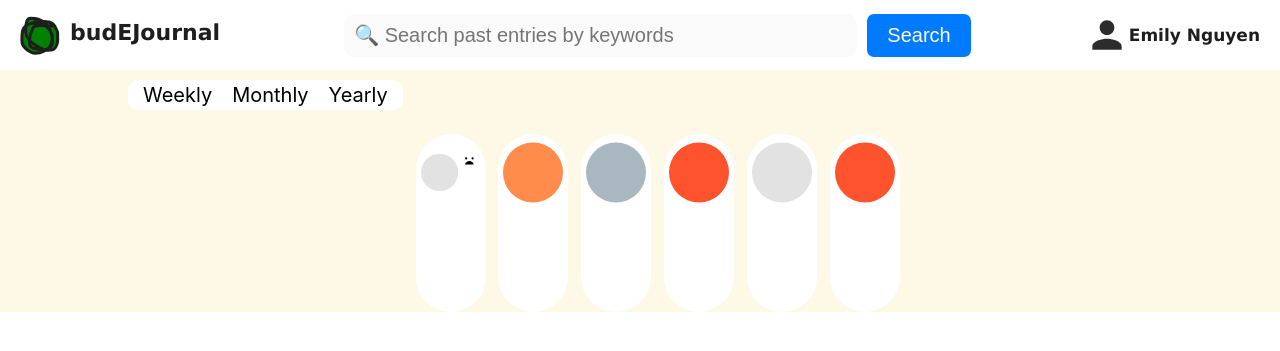
Repository: BaileyLuu/budejournal
Page: /
These files come from the project's save history. The page is drawn as it stood at one moment and after the next save; the edit follows.
The browser window is 1280 px wide. The pictures show the whole page.
The project was rebuilt for these pictures with package versions that can differ from the ones it lists, and the page was loaded fresh each time. Also part of the build but not shown: src/pages/Home.js.

Above is the page before, as saved 2023-09-16 21:35:26.

### src/components/Navbar.js
import React, {useState} from 'react';
import './navbar.css'
const Navbar = () => {
  // need to add some userState here when user search past entries by keywords
  // and the onClick handler when user click search button
  const [searchKeywords, setSearchKeywords] = useState('')
  const handleSearchKeywords = (e) => {
    setSearchKeywords(e.target.value)
  }
  const handleSearch = ()=> {
    alert(searchKeywords)
  }

  return (
    <nav className="navbar">
      <div className="navbar-logo">
        <svg xmlns="http://www.w3.org/2000/svg" width="40" height="39" viewBox="0 0 40 39" fill="green">
          <path d="M32.2572 9.93512C28.647 9.93512 25.0058 9.50361 21.3736 9.50361C18.5545 9.50361 14.3076 8.99662 12.7914 11.9728C10.7255 16.028 9.63294 20.0533 9.60307 24.6543C9.58979 26.6986 9.16434 29.4896 10.9455 30.9591C12.8024 32.491 15.5242 33.0241 17.8496 33.3563C21.8908 33.9336 27.5229 33.9755 30.651 30.9591C32.909 28.7818 32.4921 25.5923 32.4729 22.7365C32.4414 18.0469 30.7636 14.0345 27.0791 11.0139C25.3639 9.6077 22.9308 8.02586 20.7383 7.48991C19.3171 7.14251 17.7043 7.32435 16.2435 7.17827C13.1567 6.86959 9.99712 7.02607 7.39759 8.85635C5.9706 9.86107 4.26017 10.8263 3.46608 12.4522C2.53474 14.3593 2.07932 16.8255 2.0517 18.9248C2.01512 21.7048 1.56037 25.0772 2.30341 27.7707C2.7832 29.51 4.30852 31.1782 5.5517 32.4214C6.79537 33.6651 8.12802 34.714 9.71094 35.4899C10.7344 35.9916 11.8281 36.9422 12.9832 37.0721C16.6211 37.4814 20.0419 37.1757 23.2674 35.442C25.926 34.013 28.6848 32.7071 30.2674 29.9522C31.8907 27.1265 32.4454 24.3578 32.2092 21.1303C32.081 19.378 31.5637 17.8693 30.8548 16.2879C29.9798 14.3361 29.4302 12.2643 28.2418 10.4625C25.9351 6.9654 22.0563 4.48141 18.1733 3.05499C15.9148 2.22533 12.8432 2.168 10.4421 2.168C8.0435 2.168 7.60785 3.09333 6.89416 5.10464C5.62747 8.67441 5.54884 12.7713 5.73149 16.5156C6.0155 22.3377 12.1813 27.2627 16.615 30.12C19.0655 31.6992 21.6402 33.0634 24.49 33.7759C26.582 34.2988 28.8294 34.0995 30.9746 34.0995C35.0359 34.0995 37.0507 29.2464 37.5311 26.0207C37.82 24.081 37.651 22.0303 37.651 20.0755C37.651 18.4952 37.8672 16.6603 37.1955 15.1731C35.9731 12.4664 35.1016 9.71032 32.7007 7.78957C31.6795 6.97263 30.1408 6.42936 28.913 6.05156C27.3869 5.58201 25.9172 5.79644 24.3822 5.51218C21.8709 5.04713 18.9458 4.96218 16.4233 5.30841C15.0453 5.49754 14.029 6.20885 13.2709 7.34608" stroke="#1E1E1E" stroke-width="3" stroke-linecap="round" />
        </svg>
        <span className="logo-name">budEJournal</span>
      </div>
      <div className="navbar-search">
        <input type="text" placeholder="🔍 Search past entries by keywords" value={searchKeywords} onChange={handleSearchKeywords} />
        <button onClick={handleSearch}>Search</button>
      </div>
      <div className="navbar-user">
        <svg xmlns="http://www.w3.org/2000/svg" width="44" height="44" viewBox="0 0 44 44" fill="none">
          <path d="M22 22C26.0517 22 29.3333 18.7183 29.3333 14.6667C29.3333 10.615 26.0517 7.33334 22 7.33334C17.9483 7.33334 14.6667 10.615 14.6667 14.6667C14.6667 18.7183 17.9483 22 22 22ZM22 25.6667C17.105 25.6667 7.33334 28.1233 7.33334 33V36.6667H36.6667V33C36.6667 28.1233 26.895 25.6667 22 25.6667Z" fill="#2C2C2C" />
        </svg>
        <span className="username-fontstyle">Emily Nguyen</span>
      </div>
    </nav>
  );
};

export default Navbar;

### src/components/Emoji.js
import React, { useState } from 'react';
import './emoji.css'

export default function Emoji() {
    return (
        <>
            <div className="emojiBG">
                <div className="emoji-period">
                    <div className="period">Weekly</div>
                    <div className="period">Monthly</div>
                    <div className='period'>Yearly</div>
                    {/* <button className="period-btn">Weekly</button>
                    <button className="period-btn">Monthly</button>
                    <button className="period-btn">Yearly</button> */}
                </div>
                <div className="emoji-mood">
                    <svg xmlns="http://www.w3.org/2000/svg" width="67" height="67" viewBox="0 0 67 67" fill="none">
                        <circle cx="33.5" cy="33.5" r="33.5" fill="#E2E2E2" />
                    </svg>
                    <svg xmlns="http://www.w3.org/2000/svg" width="41" height="41" viewBox="0 0 41 41" fill="none">
  <path d="M14.7344 20.5C15.7958 20.5 16.6562 19.6395 16.6562 18.5781C16.6562 17.5167 15.7958 16.6562 14.7344 16.6562C13.673 16.6562 12.8125 17.5167 12.8125 18.5781C12.8125 19.6395 13.673 20.5 14.7344 20.5Z" fill="black"/>
  <path d="M20.5 23.0625C24.1371 23.0625 27.1961 25.4272 28.1643 28.6544C28.1915 28.7507 28.1957 28.8521 28.1766 28.9504C28.1575 29.0487 28.1156 29.1411 28.0543 29.2203C27.9931 29.2995 27.9141 29.3632 27.8237 29.4064C27.7334 29.4495 27.6342 29.4709 27.5341 29.4688H13.4651C13.3654 29.4702 13.2666 29.4484 13.1768 29.405C13.0869 29.3616 13.0085 29.2978 12.9477 29.2187C12.8868 29.1396 12.8453 29.0474 12.8265 28.9494C12.8076 28.8514 12.8118 28.7504 12.8389 28.6544C13.7991 25.4272 16.8588 23.0625 20.5 23.0625Z" fill="black"/>
  <path d="M26.2656 20.5C27.327 20.5 28.1875 19.6395 28.1875 18.5781C28.1875 17.5167 27.327 16.6562 26.2656 16.6562C25.2042 16.6562 24.3438 17.5167 24.3438 18.5781C24.3438 19.6395 25.2042 20.5 26.2656 20.5Z" fill="black"/>
</svg>
                </div>
                <div className="emoji-mood">
                    <svg xmlns="http://www.w3.org/2000/svg" width="67" height="67" viewBox="0 0 67 67" fill="none">
                        <circle cx="33.5" cy="33.5" r="33.5" fill="#FF8C4B" />
                    </svg>
                </div>
                <div className="emoji-mood">
                    <svg xmlns="http://www.w3.org/2000/svg" width="67" height="67" viewBox="0 0 67 67" fill="none">
                        <circle cx="33.5" cy="33.5" r="33.5" fill="#A9B7C0" />
                    </svg>
                </div>
                <div className="emoji-mood">
                    <svg xmlns="http://www.w3.org/2000/svg" width="67" height="67" viewBox="0 0 67 67" fill="none">
                        <circle cx="33.5" cy="33.5" r="33.5" fill="#FF532E" />
                    </svg>
                </div>
                <div className="emoji-mood">
                    <svg xmlns="http://www.w3.org/2000/svg" width="67" height="67" viewBox="0 0 67 67" fill="none">
                        <circle cx="33.5" cy="33.5" r="33.5" fill="#E2E2E2" />
                    </svg>
                </div>
                <div className="emoji-mood">
                    <svg xmlns="http://www.w3.org/2000/svg" width="67" height="67" viewBox="0 0 67 67" fill="none">
                        <circle cx="33.5" cy="33.5" r="33.5" fill="#FF532E" />
                    </svg>
                </div>

                {/* <div className="mood-weekly">
                    <div className="mood">
                        <svg xmlns="http://www.w3.org/2000/svg" width="67" height="67" viewBox="0 0 67 67" fill="none">
                            <circle cx="33.5" cy="33.5" r="33.5" fill="#E2E2E2" />

                        </svg>

                    </div>
                </div> */}

            </div>

        </>

    );
}

### src/components/navbar.css
.navbar {
    display: flex;
    justify-content: space-between;
    align-items: center;
    background-color: #fff;
    color: #fff;
    padding: 10px 20px;
}

.navbar-logo {
    display: flex;
    margin-right: 10px;

}

.navbar-logo img {
    height: 50px;
}

.logo-name {
    color: #1E1E1E;
    font-family: Verdana;
    font-size: 22px;
    font-style: normal;
    font-weight: 700;
    line-height: 150%;
    margin-left:10px;
    align-items: center;
    /* 33px */
}

.navbar-search {
    display: flex;
    height: 50px;
    /* justify-content: center; */
    text-align: center;
    align-items: center;
    flex-grow: 0.5;
}

.navbar-search input[type="text"] {
    flex-grow: 1;
    width: 100%;
    padding: 10px;
    border: none;
    border-radius: 11px;
    background-color: #FAFAFA;
    font-size: 20px;
}

.navbar-search button {
    background-color: #007bff;
    color: #fff;
    border: none;
    border-radius: 7px;
    padding: 10px 20px;
    margin-left: 10px;
    cursor: pointer;
    font-size: 20px;
}

.navbar-user {
    display: flex;
    align-items: center;
}

.username-fontstyle {
    color: var(--black, #1E1E1E);
    font-family: Verdana;
    font-size: 17px;
    font-style: normal;
    font-weight: 700;
    line-height: 100%;
    /* 25.5px */
}

### src/components/emoji.css
.emojiBG{
    display:flex;
    background-color: #FEF8E6;
    width:100%;

}
.emoji-period{
    display:flex;
    margin-left:10%;
    margin-top:10px;
    flex-shrink: 0;
    border-radius:10px;
    padding:5px;
    height:20px;
    background-color: #ffffff;
    line-height: 0;
}
.period{
    display:inline-flex;
    height:auto;
    font-size:20px;
    padding:10px;
    border-radius: 10px;
    border-color:#ffffff;
    background-color:#ffffff;
    flex: 1;
    font-weight: 400;
    /* font-size:20px; */
    /* color: #3F3F3F;
    font-family: Inter;
    font-size: 16px;
    font-style: normal; */
    /* font-weight: 400; */
    /* line-height: normal; */
    padding:10px;
}
/* .mood-weekly{
    display:flex;
} */
/* .mood{
    width: 79px;
    height: 168px;
    flex-shrink: 0;
} */
.emoji-mood{
    display:flex;
    /* margin-left:10%; */
    margin-left:1%;
    margin-top:5%;
    /* flex-shrink: 0; */
    background-color: #ffffff;
    border-radius:100px;
    padding:5px;
    width: 60px;
    height: 168px;
}

Loaded but not shown: public/index.html (common file); src/index.js (common file); src/index.css (common file); src/App.js (common file); src/App.css (common file)

After the next save:
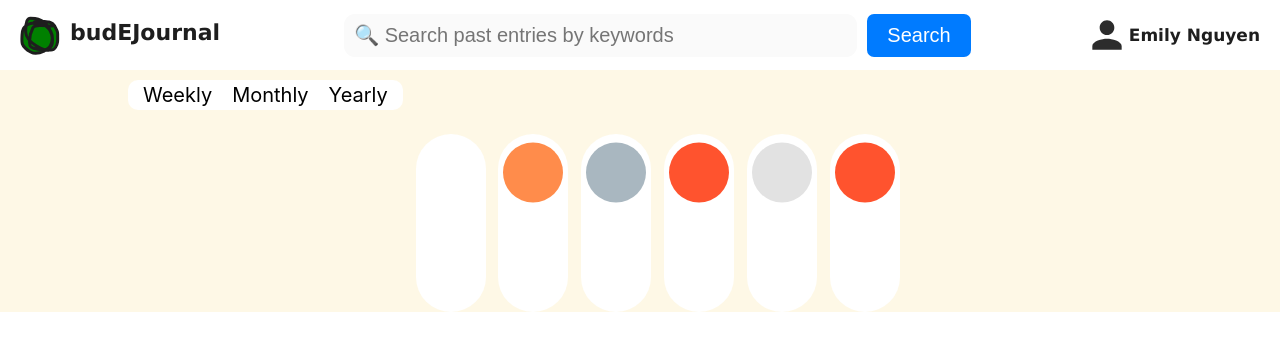
Saved 53 s later.
--- a/src/components/Emoji.js
+++ b/src/components/Emoji.js
@@ -14,14 +14,14 @@
                     <button className="period-btn">Yearly</button> */}
                 </div>
                 <div className="emoji-mood">
-                    <svg xmlns="http://www.w3.org/2000/svg" width="67" height="67" viewBox="0 0 67 67" fill="none">
+                    {/* <svg xmlns="http://www.w3.org/2000/svg" width="67" height="67" viewBox="0 0 67 67" fill="none">
                         <circle cx="33.5" cy="33.5" r="33.5" fill="#E2E2E2" />
-                    </svg>
-                    <svg xmlns="http://www.w3.org/2000/svg" width="41" height="41" viewBox="0 0 41 41" fill="none">
+                    </svg> */}
+                    {/* <svg xmlns="http://www.w3.org/2000/svg" width="41" height="41" viewBox="0 0 41 41" fill="none">
   <path d="M14.7344 20.5C15.7958 20.5 16.6562 19.6395 16.6562 18.5781C16.6562 17.5167 15.7958 16.6562 14.7344 16.6562C13.673 16.6562 12.8125 17.5167 12.8125 18.5781C12.8125 19.6395 13.673 20.5 14.7344 20.5Z" fill="black"/>
   <path d="M20.5 23.0625C24.1371 23.0625 27.1961 25.4272 28.1643 28.6544C28.1915 28.7507 28.1957 28.8521 28.1766 28.9504C28.1575 29.0487 28.1156 29.1411 28.0543 29.2203C27.9931 29.2995 27.9141 29.3632 27.8237 29.4064C27.7334 29.4495 27.6342 29.4709 27.5341 29.4688H13.4651C13.3654 29.4702 13.2666 29.4484 13.1768 29.405C13.0869 29.3616 13.0085 29.2978 12.9477 29.2187C12.8868 29.1396 12.8453 29.0474 12.8265 28.9494C12.8076 28.8514 12.8118 28.7504 12.8389 28.6544C13.7991 25.4272 16.8588 23.0625 20.5 23.0625Z" fill="black"/>
   <path d="M26.2656 20.5C27.327 20.5 28.1875 19.6395 28.1875 18.5781C28.1875 17.5167 27.327 16.6562 26.2656 16.6562C25.2042 16.6562 24.3438 17.5167 24.3438 18.5781C24.3438 19.6395 25.2042 20.5 26.2656 20.5Z" fill="black"/>
-</svg>
+</svg> */}
                 </div>
                 <div className="emoji-mood">
                     <svg xmlns="http://www.w3.org/2000/svg" width="67" height="67" viewBox="0 0 67 67" fill="none">
